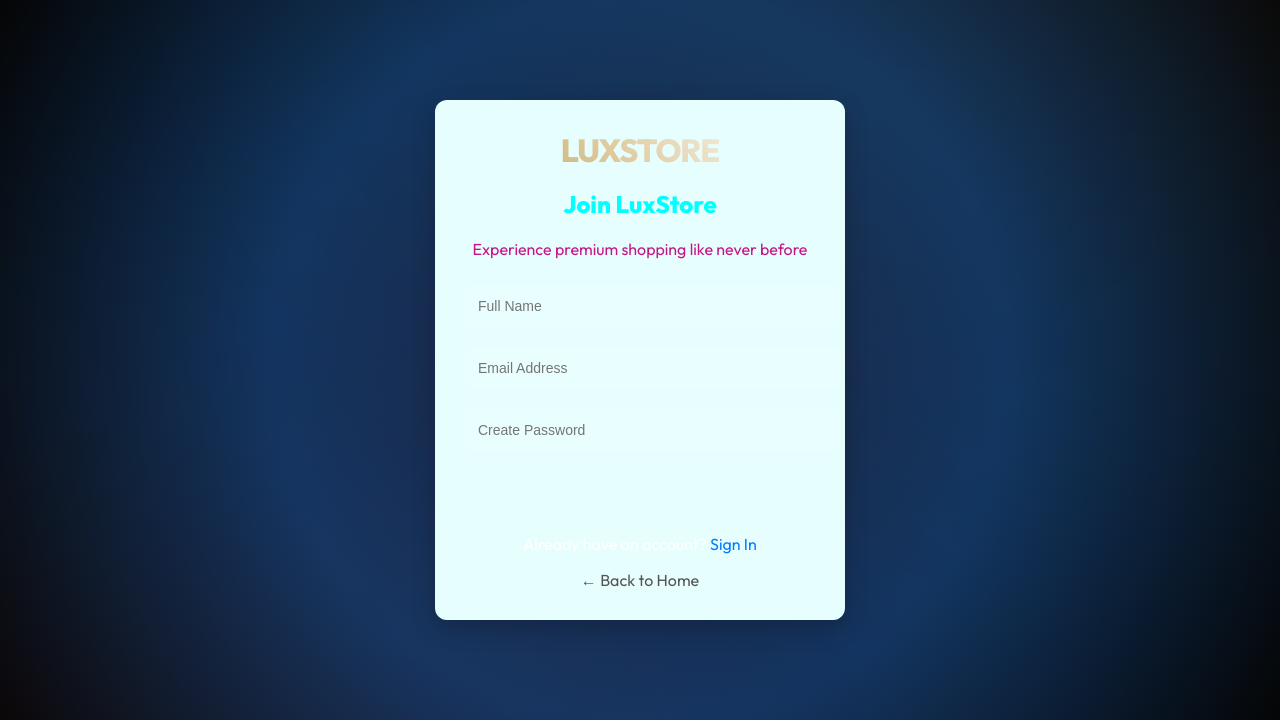
Repository: pradeepkumarh-17/Ecommerce
Page: http://localhost/EcomStore/views/auth/register.jsp
An editor plug-in stored every save of this project. The page is shown before and after the next save, followed by the edit.
The browser window is 1280 px wide. The pictures show the whole page.
Some web libraries are served in a nearby version. The page is served by Tomcat 10.

Above is the page before, as saved 2026-05-04 17:30:57.

After the next save:
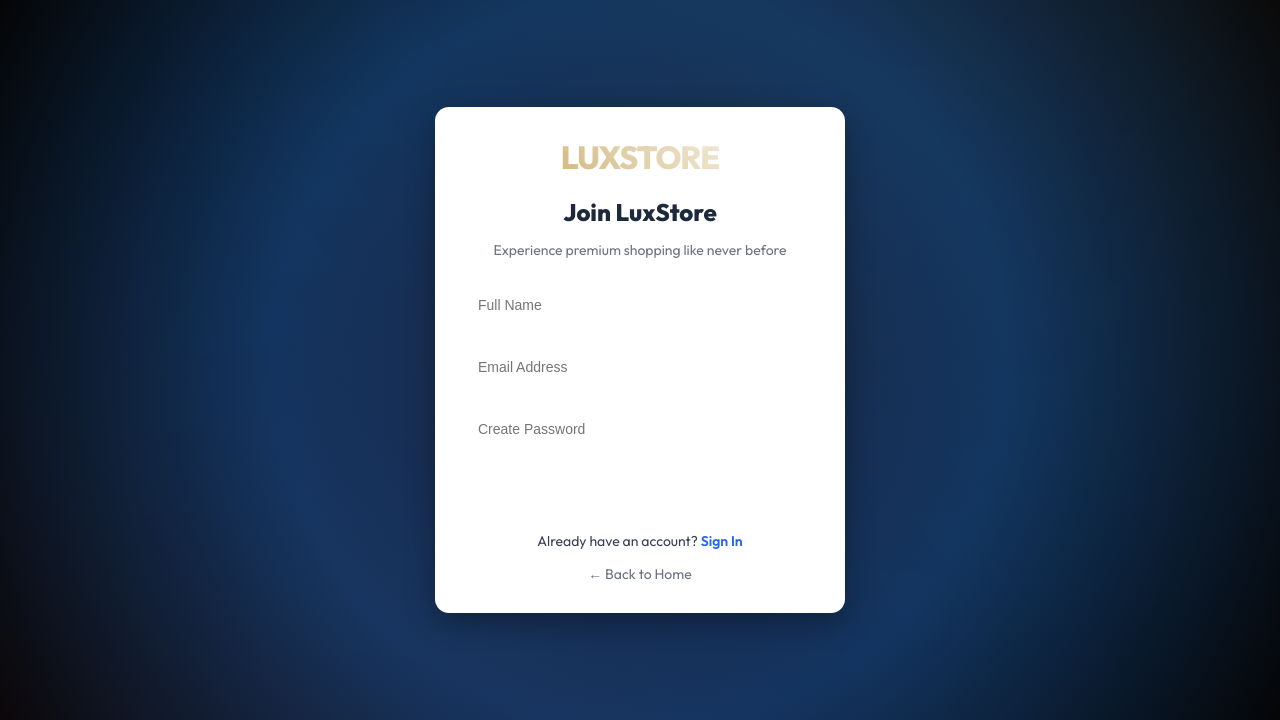
Saved 2 min 10 s later.
--- a/EcomStore/src/main/webapp/assets/css/auth.css
+++ b/EcomStore/src/main/webapp/assets/css/auth.css
@@ -1,7 +1,7 @@
 body {
     margin: 0;
     font-family: 'Segoe UI', sans-serif;
-    background: linear-gradient(135deg, #4facfe, #00f2fe);
+    background: linear-gradient(135deg, #0f2027, #203a43, #2c5364);
     height: 100vh;
 }
 
@@ -17,20 +17,23 @@ body {
 .auth-box {
     width: 350px;
     padding: 30px;
-    background:#e7feff;
-    border-radius: 12px;
-    box-shadow: 0 8px 25px rgba(0,0,0,0.2);
+    background: #ffffff; /* clean white for contrast */
+    border-radius: 14px;
+    box-shadow: 0 10px 30px rgba(0,0,0,0.3);
     text-align: center;
 }
 
 /* TITLE */
 .auth-box h2 {
-    margin-bottom: 20px;
-    color:#00ffff;
+    margin-bottom: 10px;
+    color: #1e293b; /* dark navy */
 }
 
-.subtitle{
-	color: #c71585;
+/* SUBTITLE */
+.subtitle {
+    color: #6b7280; /* soft gray */
+    font-size: 14px;
+    margin-bottom: 15px;
 }
 
 /* INPUT */
@@ -39,13 +42,15 @@ body {
     padding: 12px;
     margin: 10px 0;
     border-radius: 8px;
-    border: 1px solid rgb(128, 255, 0);
+    border: 1px solid #d1d5db;
     font-size: 14px;
+    transition: 0.3s;
 }
 
-/* FOCUS */
+/* INPUT FOCUS */
 .auth-box input:focus {
-    border-color: #28a745;
+    border-color: #3b82f6;
+    box-shadow: 0 0 5px rgba(59,130,246,0.3);
     outline: none;
 }
 
@@ -53,30 +58,37 @@ body {
 .auth-box button {
     width: 100%;
     padding: 12px;
-    background: #ff0000; /* red */
+    background: #dc2626; /* strong red */
     color: white;
     border: none;
     border-radius: 8px;
     font-size: 16px;
+    font-weight: 600;
     cursor: pointer;
     transition: 0.3s;
 }
 
-/* Hover effect */
+/* BUTTON HOVER */
 .auth-box button:hover {
-    background: #ff0000; /* darker red */
+    background: #b91c1c; /* darker red */
+}
+
+/* SWITCH TEXT */
+.switch {
+    margin-top: 15px;
+    font-size: 14px;
+    color: #374151;
 }
 
 /* SWITCH LINK */
-.switch p{
-	color: #007bff;
+.switch a {
+    color: #2563eb;
+    font-weight: 600;
     text-decoration: none;
-    margin-top: 15px;
 }
 
-.switch a {
-    color: #007bff;
-    text-decoration: none;
+.switch a:hover {
+    text-decoration: underline;
 }
 
 /* BACK HOME */
@@ -84,11 +96,17 @@ body {
     display: block;
     margin-top: 15px;
     text-decoration: none;
-    color: #555;
+    color: #6b7280;
+    font-size: 14px;
+}
+
+.back-home:hover {
+    color: #111827;
 }
 
 /* ERROR */
 .error {
-    color: red;
+    color: #dc2626;
     margin-bottom: 10px;
+    font-size: 14px;
 }
